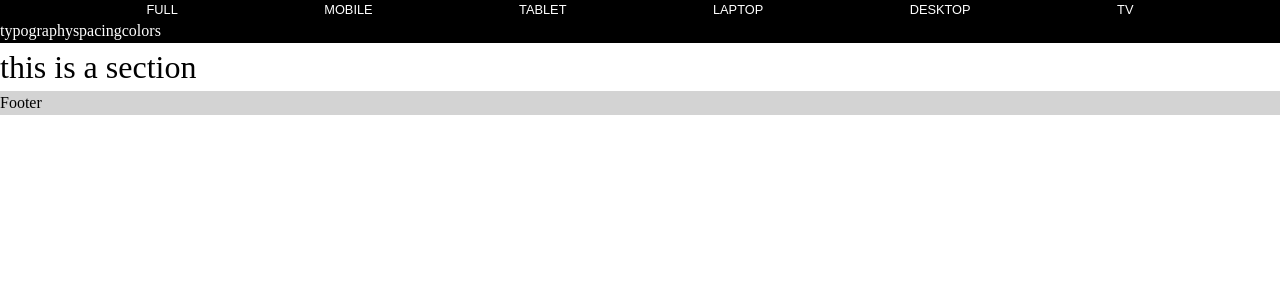
Repository: Terrycoco/coco-playground
Page: /
These files come from the project's save history. The page is drawn as it stood at one moment and after the next save; the edit follows.
The browser window is 1280 px wide. The pictures show the whole page.
The project was rebuilt for these pictures with package versions that can differ from the ones it lists, and the page was loaded fresh each time. The framework's server and built-in components were replaced by stand-ins that run in the browser. Also part of the build but not shown: next.config.js.

Above is the page before, as saved 2023-03-20 10:22:05.

### src/app/layout.js
//THIS FILE DEFINES BASIC HTML FOR WHOLE SITE
//YOU CAN OVERWRITE ANY METADATA IN INDIVIDUAL ROUTES ALSO
"use client";
import { Providers } from "./store/provider";
import "./globals.css";
import Header from "@/components/layout/Header.js";
import DeviceHeader from "@/components/layout/DeviceHeader";
import Footer from "@/components/layout/Footer";
import ScreenEmulator from "@/components/layout/ScreenEmulator";

//can't use metadata on files that use client
// export const metadata = {
//   title: "Theme Playground",
//   description: "Theme Playground By Coco",
// };

export default function RootLayout({ children }) {
  return (
    <html lang="en">
      <head>
        <title>Coco Theme Playground</title>
      </head>

      <body>
        <Providers>
          <>
            <DeviceHeader />

            <Header />
            <ScreenEmulator>
              {children}
              <Footer />
            </ScreenEmulator>
          </>
        </Providers>
      </body>
    </html>
  );
}

### src/app/page.js
"use client";
import { useSelector, useDispatch } from "react-redux";
import { selectTheme } from "./store/slices/themeSlice";

export default function Page() {
  const theme = useSelector(selectTheme);
  console.log("page recd theme:", theme);
  return (
    <main>
      <section>this is a section</section>
    </main>
  );
}

// <section id="theme" style={getContainerStyle("section")}>
// <h1 style={getHStyle("h1")}>
//   This the result of your Theme{"   "}
//   <span style={styles.smgray}>(h1)</span>
// </h1>
// <h2 style={getHStyle("h2")}>
//   Your Default Styles Are Shown{"   "}
//   <span style={styles.smgray}>(h2)</span>
// </h2>
// <h3 style={getHStyle("h3")}>
//   You selected {`${levCount - 1}`} levels of headings.
//   <span style={styles.smgray}>(h3)</span>
// </h3>

// <h4 style={getHStyle("h4")}>
//   I am a heading level 4 {"   "}
//   <span style={styles.smgray}>(h4)</span>
// </h4>

// <h5 style={getHStyle("h5")}>
//   I am a heading level 5{"   "}
//   <span style={styles.smgray}>(h5)</span>
// </h5>

// <h6 style={getHStyle("h6")}>
//   I am a heading level 6{"   "}
//   <span style={styles.smgray}>(h6)</span>
// </h6>

// <p data-el="p" style={getTextStyle("p")}>
//   Your theme settings will show up here. These are the default styles
//   for each element, which will be consistent across your project. You
//   can, of course, alter them for individual elements as you see fit.{" "}
//   <span style={styles.smgray}>(p)</span>
// </p>
// <p data-el="p" style={getTextStyle("p")}>
//   This is the paragraph element. To set the font scale among the
//   different headings and at different screen resolutions, go to{" "}
//   <b>SCALE</b>. The rest of the paragraph settings can be found by
//   clicking <b>TEXT</b> <span style={styles.smgray}>(p)</span>
// </p>

// <p data-el="p" style={getTextStyle("p")}>
//   Don't like the spacing? Click <b>CONTAINERS</b> to set default padding
//   and margins for container elements like sections, the header and
//   footer, between paragraphs, etc.{" "}
//   <span style={styles.smgray}>(p)</span>
// </p>
// </section>
// <section id="colors" style={getContainerStyle("section")}>
// <h1 style={getHStyle("h1")}>
//   This the result of your Theme{"   "}
//   <span style={styles.smgray}>(h1)</span>
// </h1>
// <h2 style={getHStyle("h2")}>
//   Your Default Styles Are Shown{"   "}
//   <span style={styles.smgray}>(h2)</span>
// </h2>
// <h3 style={getHStyle("h3")}>
//   You selected {`${levCount - 1}`} levels of headings.
//   <span style={styles.smgray}>(h3)</span>
// </h3>

// <h4 style={getHStyle("h4")}>
//   I am a heading level 4 {"   "}
//   <span style={styles.smgray}>(h4)</span>
// </h4>

// <h5 style={getHStyle("h5")}>
//   I am a heading level 5{"   "}
//   <span style={styles.smgray}>(h5)</span>
// </h5>

// <h6 style={getHStyle("h6")}>
//   I am a heading level 6{"   "}
//   <span style={styles.smgray}>(h6)</span>
// </h6>

// <p data-el="p" style={getTextStyle("p")}>
//   Your typography styles will show up here. These are the default styles
//   for each element, which will be consistent across your project. You
//   can, of course, alter them for individual elements as you see fit.{" "}
//   <span style={styles.smgray}>(p)</span>
// </p>
// <p data-el="p" style={getTextStyle("p")}>
//   This is the paragraph element. To set the font scale among the
//   different headings and at different screen resolutions, go to{" "}
//   <b>SCALE</b>. The rest of the paragraph settings can be found by
//   clicking <b>TYPOGRAPHY</b> <span style={styles.smgray}>(p)</span>
// </p>

// <p data-el="p" style={getTextStyle("p")}>
//   Don't like the spacing? Click <b>SPACING</b> to set default padding
//   and margins for elements like sections, the header and footer, between
//   paragraphs, etc. <span style={styles.smgray}>(p)</span>
// </p>
// </section>

### src/app/store/provider.js
"use client";

import { Provider } from "react-redux";
import store from "./store";

export function Providers({ children }) {
  return <Provider store={store}>{children}</Provider>;
}

### src/app/globals.css
@import "./reset.css";

:root {
  font-size: 1rem;
}
body {
  margin: 0;
  min-height: 100vh;
}

header {
  background-color: black;
  color: white;
}

footer {
  background-color: lightgray;
  color: black;
}

section {
  font-size: 2rem;
}

### src/components/layout/Header.js
"use client";
import React from "react";
import { useSelector } from "react-redux";
import { selectTheme } from "@/slices/themeSlice";
import { selectVariables } from "@/slices/variablesSlice";

function Header() {
  const theme = useSelector(selectTheme);
  const variables = useSelector(selectVariables);

  const styles = {
    menu: {
      display: "flex",
    },
  };

  const getHeaderStyles = () => {
    let styles = { ...theme.containers.header };
    styles.backgroundColor = variables[styles.backgroundColor];
    return styles;
  };

  return (
    <header>
      <menu style={styles.menu}>
        <li>typography</li>
        <li>spacing</li>
        <li>colors</li>
      </menu>
    </header>
  );
}

export default Header;

### src/components/layout/DeviceHeader.js
"use client";
import { useState, useEffect } from "react";
import { useSelector, useDispatch } from "react-redux";
import {
  selectCurrentDevice,
  updateCurrentDevice,
  updateIsFullScreen,
  selectIsFullScreen,
} from "@/slices/uiSlice";
import { selectDevices } from "@/slices/themeSlice";
import css from "./layout.module.css";

const DeviceHeader = () => {
  const currentDevice = useSelector(selectCurrentDevice);
  const fullScreen = useSelector(selectIsFullScreen);
  const dispatch = useDispatch();
  const devices = useSelector(selectDevices);
  const [userSize, setUserSize] = useState();
  const [userDevice, setUserDevice] = useState();

  useEffect(() => {
    setUserSize(window.innerWidth); //TODO MAKE RESPONSIVE
    let ud = getUserDevice(window.innerWidth, devices);
    console.log("userDevice:", ud);
    setUserDevice(ud);
    dispatch(updateCurrentDevice(ud));
  }, []);

  const styles = {
    header: {
      fontFamily: "Arial",
    },
    menu: {
      display: "flex",
      flexDirection: "row",
      justifyContent: "space-evenly",
    },
    li: {
      textTransform: "uppercase",
      fontSize: ".8rem",
    },
  };

  const handleSelect = (e) => {
    const dev = e.target.id;
    if (dev === "full") {
      dispatch(updateIsFullScreen(true));
      dispatch(updateCurrentDevice(userDevice));
    } else {
      dispatch(updateCurrentDevice(dev));
      dispatch(updateIsFullScreen(false));
    }
  };

  return (
    <header style={styles.header}>
      <menu style={styles.menu}>
        <li
          id="full"
          style={styles.li}
          onClick={handleSelect}
          className={css.li}
        >
          Full
        </li>
        <li
          id="mobile"
          style={styles.li}
          className={css.li}
          onClick={handleSelect}
        >
          mobile
        </li>
        <li
          id="tablet"
          style={styles.li}
          className={css.li}
          onClick={handleSelect}
        >
          tablet
        </li>
        <li
          id="laptop"
          style={styles.li}
          className={css.li}
          onClick={handleSelect}
        >
          laptop
        </li>
        <li
          id="desktop"
          style={styles.li}
          className={css.li}
          onClick={handleSelect}
        >
          desktop
        </li>
        <li id="tv" style={styles.li} className={css.li} onClick={handleSelect}>
          tv
        </li>
      </menu>
    </header>
  );
};

export default DeviceHeader;

function getUserDevice(size, devices) {
  for (const d in devices) {
    if (devices[d].min <= size && size <= devices[d].max) {
      return d;
    }
  }
}

### src/components/layout/Footer.js
"use client";
import React from "react";

const Footer = () => {
  return <footer>Footer</footer>;
};

export default Footer;

### src/components/layout/ScreenEmulator.js
import { useState, useEffect } from "react";
import { useSelector } from "react-redux";
import { selectCurrentDevice, selectIsFullScreen } from "@/slices/uiSlice";
import { selectDevices, selectDeviceElements } from "@/slices/themeSlice";

const ScreenEmulator = ({ children, ...props }) => {
  const [width, setWidth] = useState("400px");
  const isFullScreen = useSelector(selectIsFullScreen);
  const device = useSelector(selectCurrentDevice);
  const devices = useSelector(selectDevices);
  const [baseFontSize, setBaseFontSize] = useState();
  const deviceFontSizes = useSelector(selectDeviceElements);

  //get some valid heights
  useEffect(() => {
    if (device && device.length > 0 && devices !== undefined) {
      if (isFullScreen) {
        setWidth(window.innerWidth);
      } else {
        console.log("device is:", device, "devices:", devices);
        let w = devices[device].min + 100 + "px";
        setWidth(w);
      }
      setBaseFontSize(deviceFontSizes[device].body.fontSize + "px");
    }
  }, [device, isFullScreen]);

  const getEmulation = () => {
    return {
      border: "1px solid darkgray",
      width: `${width}`,
      fontSize: `${baseFontSize}`,
      marginTop: "1rem",
      marginLeft: "1rem",
      height: window.innerHeight - 75 + "px",
      overflowY: "scroll",
      borderRadius: "10px",
      boxShadow: "rgba(213, 217, 217, 0.5) 0 2px 5px 0",
    };
  };

  if (isFullScreen == true) {
    return <>{children}</>;
  } else {
    return (
      <div style={getEmulation()}>
        {children}
        Screen size: {width} Device: {device}
      </div>
    );
  }
};

export default ScreenEmulator;

### src/app/store/slices/themeSlice.js
"use client";

import { createSlice, createSelector } from "@reduxjs/toolkit";
import { HYDRATE } from "next-redux-wrapper";
import { currentTheme } from "@/themes";

const initialState = {
  headingCount: currentTheme.headingCount,
  fonts: currentTheme.fonts,
  colors: currentTheme.colors,
  colorVariants: currentTheme.colorVariants,
  devices: currentTheme.devices,
  deviceElements: currentTheme.deviceElements,
  text: currentTheme.text,
  containers: currentTheme.containers,
};

export const themeSlice = createSlice({
  name: "theme",
  initialState,
  reducers: {
    updateText(state, action) {
      state.text[action.payload.element][action.payload.propName] =
        action.payload.value;
    },

    extraReducers: {
      [HYDRATE]: (state, action) => {
        return {
          ...state,
          ...action.payload.theme,
        };
      },
    },
  },
});

export const { updateText } = themeSlice.actions;
export const selectTheme = (state) => state.theme;
export const selectText = (state) => state.theme.text;
export const selectDevices = (state) => state.theme.devices;
export const selectDeviceElements = (state) => state.theme.deviceElements;
export default themeSlice.reducer;

### src/app/store/store.js
"use client"; //anything that will access redux must use client
import { configureStore } from "@reduxjs/toolkit";
import { themeSlice } from "./slices/themeSlice";
import { variablesSlice } from "./slices/variablesSlice";
import { uiSlice } from "./slices/uiSlice";

// config the store
const store = configureStore({
  reducer: {
    [themeSlice.name]: themeSlice.reducer,
    [variablesSlice.name]: variablesSlice.reducer,
    [uiSlice.name]: uiSlice.reducer,
  },
});

// export default the store
console.log("store:", store.getState());
export default store;

### src/app/reset.css
/* Box sizing rules */
*,
*::before,
*::after {
  box-sizing: border-box;
}

/* Remove default margin */
main,
html,
body,
h1,
h2,
h3,
h4,
h5,
h6,
p,
figure,
blockquote,
dl,
dd {
  margin: 0;
  padding: 0;
}

/* Remove list styles on ul, ol elements with a list role, which suggests default styling will be removed */
ul,
menu,
ol {
  list-style: none;
}

/* remove discs from list items */
li {
  list-style-type: none;
}

/* Set core root defaults */
html:focus-within {
  scroll-behavior: smooth;
}

/* Set core body defaults */
body {
  min-height: 100vh;
  text-rendering: optimizeSpeed;
  line-height: 1.5;
}

/* A elements that don't have a class get default styles */
a:not([class]) {
  text-decoration-skip-ink: auto;
}

/* Make images easier to work with */
img,
picture {
  max-width: 100%;
  display: block;
}

menu {
  margin-block-start: 0em;
  margin-block-end: 0em;
  margin-inline-start: 0px;
  margin-inline-end: 0px;
  padding-inline-start: 0px;
}

/* Inherit fonts for inputs and buttons */
input,
button,
textarea,
select {
  font: inherit;
}

/* remove any default font props */
body,
h1,
h2,
h3,
h4,
h5,
h6,
p {
  letter-spacing: normal;
  word-spacing: normal;
  line-height: 1.5;
  font-optical-sizing: auto;
}

/* Remove all animations, transitions and smooth scroll for people that prefer not to see them */
@media (prefers-reduced-motion: reduce) {
  html:focus-within {
    scroll-behavior: auto;
  }

  *,
  *::before,
  *::after {
    animation-duration: 0.01ms !important;
    animation-iteration-count: 1 !important;
    transition-duration: 0.01ms !important;
    scroll-behavior: auto !important;
  }
}

### src/app/store/slices/variablesSlice.js
import { createSlice } from "@reduxjs/toolkit";
import { HYDRATE } from "next-redux-wrapper";
import { currentTheme } from "@/themes";
import { updateColor, updateFont } from "@/app/store/sharedActions";

function toCSS(key) {
  var result = key.replace(/([A-Z])/g, " $1");
  return result.split(" ").join("-").toLowerCase();
}

const getFontVariable = (fontName) => {
  let str = fontName.replaceAll(" ", "-").toLowerCase();
  return `var(--font-${str})`;
};

const loadInitVariables = () => {
  let variables = {};
  let section, prefix;

  //fonts
  section = "fonts";
  prefix = "var(--font-";
  for (const key in currentTheme[section]) {
    variables[`${prefix}${key})`] = getFontVariable(currentTheme[section][key]);
  }

  //colors
  section = "colors";
  prefix = "var(--clr-";
  for (const key in currentTheme[section]) {
    variables[`${prefix}${key})`] = toCSS(currentTheme[section][key]);
  }

  //color variants
  section = "colorVariants";
  prefix = "var(--clr-";
  for (const key in currentTheme[section]) {
    variables[`${prefix}${key})`] = toCSS(currentTheme[section][key]);
  }

  return variables;
};

const initialState = loadInitVariables();

export const variablesSlice = createSlice({
  name: "variables",
  initialState,
  reducers: {
    updateVariable(state, action) {
      state[action.payload.key] = action.payload.value;
    },
  },
  extraReducers: (builder) => {
    builder
      .addCase(updateColor, (state, action) => {
        action.payload.map((obj) => {
          state[obj.themeVar] = obj.value;
        });
      })
      .addCase(updateFont, (state, action) => {
        console.log("got here:", action.payload);
        //theme variable (ie body) has been updated to another font
        state[action.payload.themeVar] = action.payload.fontVar;
      });
  },
});

export const { updateVariable } = variablesSlice.actions;
export const selectVariables = (state) => state.variables;
export default variablesSlice.reducer;

### src/app/store/slices/uiSlice.js
"use client";

//slice for ui state

import { createSlice, createSelector } from "@reduxjs/toolkit";
import { HYDRATE } from "next-redux-wrapper";

const initialState = {
  currentForm: "",
  currentDevice: "",
  isFullScreen: true,
  isDrawerOpen: false,
  currentTab: 1,
};

export const uiSlice = createSlice({
  name: "ui",
  initialState,
  reducers: {
    updateCurrentForm(state, action) {
      state.currentForm = action.payload;
    },
    updateCurrentTab(state, action) {
      state.currentTab = action.payload;
    },
    updateCurrentDevice(state, action) {
      console.log("updateDevice: ", action);
      state.currentDevice = action.payload;
    },
    updateIsDrawerOpen(state, action) {
      state.isDrawerOpen = action.payload;
    },
    updateIsFullScreen(state, action) {
      state.isFullScreen = action.payload;
    },

    extraReducers: {
      [HYDRATE]: (state, action) => {
        return {
          ...state,
          ...action.payload.ui,
        };
      },
    },
  },
});

export const {
  updateCurrentForm,
  updateCurrentDevice,
  updateCurrentTab,
  updateIsDrawerOpen,
  updateIsFullScreen,
} = uiSlice.actions;
export const selectCurrentDevice = (state) => state.ui.currentDevice;
export const selectCurrentTab = (state) => state.ui.currentTab;
export const selectCurrentForm = (state) => state.ui.currentForm;
export const selectIsDrawerOpen = (state) => state.ui.isDrawerOpen;
export const selectIsFullScreen = (state) => state.ui.isFullScreen;
export default uiSlice.reducer;

### src/components/layout/layout.module.css
.li:hover {
  font-weight: 700;
}

### src/themes/index.js
import init from "./init";

module.exports = { currentTheme: init };

### src/app/store/sharedActions.js
import { createAction } from "@reduxjs/toolkit";
const varKeys = [75, 50, 25, 10, 5];

const updateColor = createAction("UPDATE_COLOR", function prepare(obj) {
  //any time theme color is updated, so are variants so pass those in with the payload
  console.log("shared updateColor", obj);
  let key = obj.key;
  let payloadVal = [];
  let newhex = obj.value;
  if (key !== "error" && key !== "whitish") {
    varKeys.map((pct) => {
      let variantKey = `${key}${pct}`;
      let val = getPctOfHex(newhex, pct);
      payloadVal.push({
        key: variantKey,
        value: val,
        section: "variants",
        themeVar: `var(--clr-${variantKey})`,
      });
    });
  }
  //push original one
  payloadVal.push({
    key: key,
    value: newhex,
    section: "themed",
    themeVar: `var(--clr-${key})`,
  });
  //console.log("newpayload:", payloadVal);
  return { payload: payloadVal };
});

const updateFont = createAction("UPDATE_FONT", function prepare(obj) {
  console.log("fontobj:", obj);
  /*shape of font payload
      propName: "body",
      name: "Gelasio",
      themeVar: "var(--font-body)",
      fontVar: "var(--font-gelasio)" */

  return { payload: obj };
});

module.exports = { updateColor, updateFont };

// util functions to calculate variant values --------------
function hexToHSL(H) {
  // Convert hex to RGB first
  let r = 0,
    g = 0,
    b = 0;
  if (H.length == 4) {
    r = "0x" + H[1] + H[1];
    g = "0x" + H[2] + H[2];
    b = "0x" + H[3] + H[3];
  } else if (H.length == 7) {
    r = "0x" + H[1] + H[2];
    g = "0x" + H[3] + H[4];
    b = "0x" + H[5] + H[6];
  }
  // Then to HSL
  r /= 255;
  g /= 255;
  b /= 255;
  let cmin = Math.min(r, g, b),
    cmax = Math.max(r, g, b),
    delta = cmax - cmin,
    h = 0,
    s = 0,
    l = 0;

  if (delta == 0) h = 0;
  else if (cmax == r) h = ((g - b) / delta) % 6;
  else if (cmax == g) h = (b - r) / delta + 2;
  else h = (r - g) / delta + 4;

  h = Math.round(h * 60);

  if (h < 0) h += 360;

  l = (cmax + cmin) / 2;
  s = delta == 0 ? 0 : delta / (1 - Math.abs(2 * l - 1));
  s = +(s * 100).toFixed(1);
  l = +(l * 100).toFixed(1);

  return { h: h, s: s, l: l };
}
function getPctOfHex(hex, pct) {
  //incoming pct is pct opacity of orig color
  let inverted = 100 - pct;
  //convert incoming to hsl
  let hsl = hexToHSL(hex);

  //current lightness is 0%;
  let currentLightPct = hsl.l;
  let remainingLightPct = 100 - currentLightPct;
  let onepct = remainingLightPct / 100;
  let desiredPct = onepct * inverted + currentLightPct;
  let result = HSLToHex(hsl.h, hsl.s, desiredPct);
  return result;
}
function HSLToHex(h, s, l) {
  s /= 100;
  l /= 100;

  let c = (1 - Math.abs(2 * l - 1)) * s,
    x = c * (1 - Math.abs(((h / 60) % 2) - 1)),
    m = l - c / 2,
    r = 0,
    g = 0,
    b = 0;

  if (0 <= h && h < 60) {
    r = c;
    g = x;
    b = 0;
  } else if (60 <= h && h < 120) {
    r = x;
    g = c;
    b = 0;
  } else if (120 <= h && h < 180) {
    r = 0;
    g = c;
    b = x;
  } else if (180 <= h && h < 240) {
    r = 0;
    g = x;
    b = c;
  } else if (240 <= h && h < 300) {
    r = x;
    g = 0;
    b = c;
  } else if (300 <= h && h < 360) {
    r = c;
    g = 0;
    b = x;
  }
  // Having obtained RGB, convert channels to hex
  r = Math.round((r + m) * 255).toString(16);
  g = Math.round((g + m) * 255).toString(16);
  b = Math.round((b + m) * 255).toString(16);

  // Prepend 0s, if necessary
  if (r.length == 1) r = "0" + r;
  if (g.length == 1) g = "0" + g;
  if (b.length == 1) b = "0" + b;

  return "#" + r + g + b;
}

### src/themes/init.js
//to use, import this file and set this as currentTheme in /src/themes/index
const headingCount = 1;

const fonts = {
  body: "Times",
  display: "Times",
  special: "Times",
  mono: "Times",
  forms: "Arial",
};

const devices = {
  mobile: {
    min: 320,
    max: 479,
  },

  tablet: {
    min: 480,
    max: 767,
  },

  laptop: {
    min: 768,
    max: 1023,
  },

  desktop: {
    min: 1024,
    max: 1999,
  },

  tv: {
    min: 1200,
    max: 9999,
  },
};

const deviceElements = {
  mobile: {
    body: {
      fontSize: "18",
      lineHeight: "1.5",
    },
    h1: {
      fontSize: "40",
      lineHeight: "1.16",
    },
  },
  tablet: {
    body: {
      fontSize: "19",
      lineHeight: "1.5",
    },
    h1: {
      fontSize: "40",
      lineHeight: "1.16",
    },
  },
  laptop: {
    body: {
      fontSize: "20",
      lineHeight: "1.329",
    },
    h1: {
      fontSize: "52",
      lineHeight: "1.16",
    },
  },
  desktop: {
    body: {
      fontSize: "24",
      lineHeight: "1.345",
    },
    h1: {
      fontSize: "57",
      lineHeight: "1.16",
    },
  },

  tv: {
    body: {
      fontSize: "28",
      lineHeight: "1.391",
    },
    h1: {
      fontSize: "67",
      lineHeight: "1.031",
    },
  },
};

const colors = {
  primary: "#fc3a79",
  secondary: "#fe572e",
  blackish: "#261f22",
  whitish: "#f5f5f4",
  error: "#dc2626",
};

const colorVariants = {
  primary75: "#fd6b99",
  primary50: "#fe9dbb",
  primary25: "#fecedd",
  primary10: "#ffebf1",
  primary5: "#fff5f8",
  secondary75: "#fe8162",
  secondary50: "#feab96",
  secondary25: "#ffd5cb",
  secondary10: "#ffeeea",
  secondary5: "#fff7f5",
  blackish75: "#635158",
  blackish50: "#9c868f",
  blackish25: "#cdc2c7",
  blackish10: "#ebe7e9",
  blackish5: "#f5f3f4",
};

const containers = {
  header: {
    backgroundColor: "var(--clr-primary)",
    height: "2rem",
    paddingRight: "0rem",
    paddingLeft: "0rem",
  },
  main: {
    paddingTop: "2rem",
    paddingRight: "0rem",
    paddingBottom: "0rem",
    paddingLeft: "0rem",
  },
  section: {
    paddingTop: "0rem",
    paddingRight: "0rem",
    paddingBottom: "0rem",
    paddingLeft: "0rem",
  },
  article: {
    paddingTop: "0rem",
    paddingRight: "0rem",
    paddingBottom: "0rem",
    paddingLeft: "0rem",
  },
  aside: {
    paddingTop: "0rem",
    paddingRight: "0rem",
    paddingBottom: "0rem",
    paddingLeft: "0rem",
  },
  footer: {
    backgroundColor: "var(--clr-primary50)",
    color: "var(--clr-blackish)",
    height: "0rem",
    paddingTop: "0rem",
    paddingRight: "0rem",
    paddingBottom: "0rem",
    paddingLeft: "0rem",
  },
};

const text = {
  p: {
    color: "var(--clr-blackish)",
    fontFamily: "var(--font-body)",
    fontWeight: "400",
    fontSize: "var(--fs-body)",
    lineHeight: "var(--lh-body)",
    letterSpacing: "0px",
    wordSpacing: "0px",
    maxWidth: "60ch",
    marginBottom: "1rem",
  },

  h1: {
    color: "var(--clr-blackish)",
    fontFamily: "var(--font-display)",
    fontWeight: "400",
    fontSize: "var(--fs-h1)",
    lineHeight: "var(--lh-h1)",
    letterSpacing: "-1.5px",
    wordSpacing: "-5px",
    maxWidth: "60ch",
    marginBottom: "1rem",
  },

  h2: {
    color: "var(--clr-blackish)",
    fontFamily: "var(--font-display)",
    fontWeight: "400",
    fontSize: "var(--fs-h2)",
    lineHeight: "var(--lh-h2)",
    letterSpacing: "-1.5px",
    wordSpacing: "-5px",
    maxWidth: "60ch",
    marginBottom: "1rem",
  },

  h3: {
    color: "var(--clr-blackish)",

    fontFamily: "var(--font-display)",

    fontWeight: "400",

    fontSize: "1rem",

    lineHeight: "150%",

    letterSpacing: "-1.5px",

    wordSpacing: "-5px",
    maxWidth: "60ch",
    marginBottom: "1rem",
  },

  h4: {
    color: "var(--clr-blackish)",

    fontFamily: "var(--font-display)",

    fontWeight: "400",

    fontSize: "1rem",

    lineHeight: "150%",

    letterSpacing: "-1.5px",

    wordSpacing: "-5px",
    maxWidth: "60ch",
    marginBottom: "1rem",
  },

  h5: {
    color: "var(--clr-blackish)",

    fontFamily: "var(--font-display)",

    fontWeight: "400",

    fontSize: "1rem",

    lineHeight: "150%",

    letterSpacing: "-1.5px",

    wordSpacing: "-5px",
    maxWidth: "60ch",
    marginBottom: "1rem",
  },

  h6: {
    color: "var(--clr-blackish)",

    fontFamily: "var(--font-display)",

    fontWeight: "400",

    fontSize: "1rem",

    lineHeight: "150%",

    letterSpacing: "-1.5px",

    wordSpacing: "-5px",
    marginBottom: "1rem",
  },

  small: {
    color: "var(--clr-blackish)",
    fontFamily: "var(--font-forms)",
    fontWeight: "400",
    fontSize: "var(--fs-sm)",
    lineHeight: "1",
    letterSpacing: "-1.5px",
    wordSpacing: "-5px",
    maxWidth: "60ch",
    marginBottom: "0rem",
  },
};

const theme = {
  headingCount,
  colors,
  colorVariants,
  fonts,
  deviceElements,
  devices,
  containers,
  text,
};

module.exports = {
  headingCount,
  colors,
  colorVariants,
  fonts,
  deviceElements,
  devices,
  containers,
  text,
  theme,
};

After the next save:
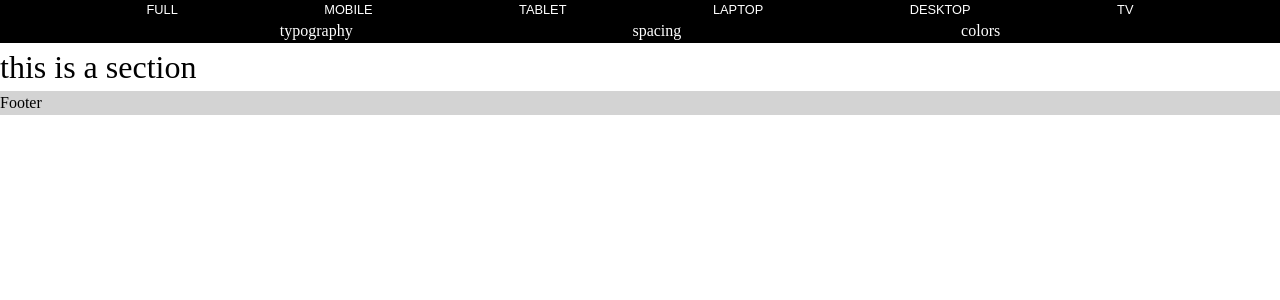
Saved 25 s later.
--- a/src/components/layout/Header.js
+++ b/src/components/layout/Header.js
@@ -11,6 +11,7 @@ function Header() {
   const styles = {
     menu: {
       display: "flex",
+      justifyContent: "space-evenly",
     },
   };
 
